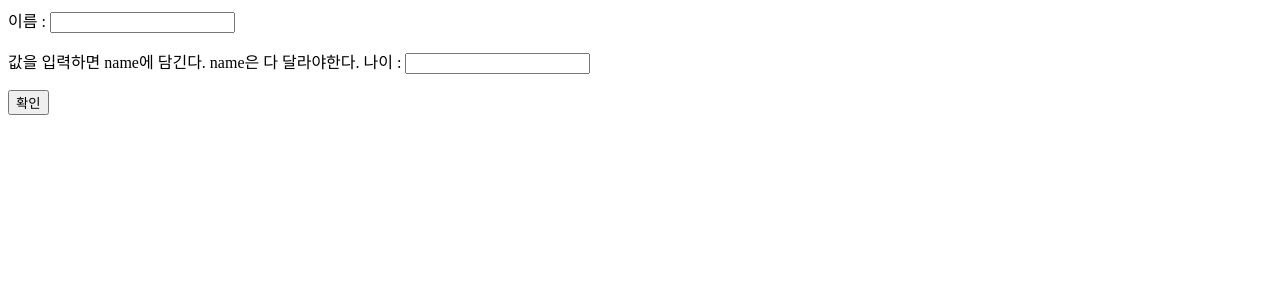
Repository: gom0109/JSP_DK
Page: http://localhost/01_Basic/02_request/Ex01_form.jsp
An editor plug-in stored every save of this project. The page is shown before and after the next save, followed by the edit.
The browser window is 1280 px wide. The pictures show the whole page.
The page is served by Tomcat 9.

Above is the page before, as saved 2021-01-19 01:27:21.

### 01_Basic/WebContent/02_request/Ex01_form.jsp
<%@ page language="java" contentType="text/html; charset=UTF-8"
    pageEncoding="UTF-8"%>

    <form method="post" action="Ex02_result.jsp">
    	이름 : <input type="text" name="name" id="irum"> <p>
    	값을 입력하면 name에 담긴다. name은 다 달라야한다.
    	나이 : <input type="text" name="age" id="nai"> <p>

    	<input type="submit" value="확인">
    </form>

After the next save:
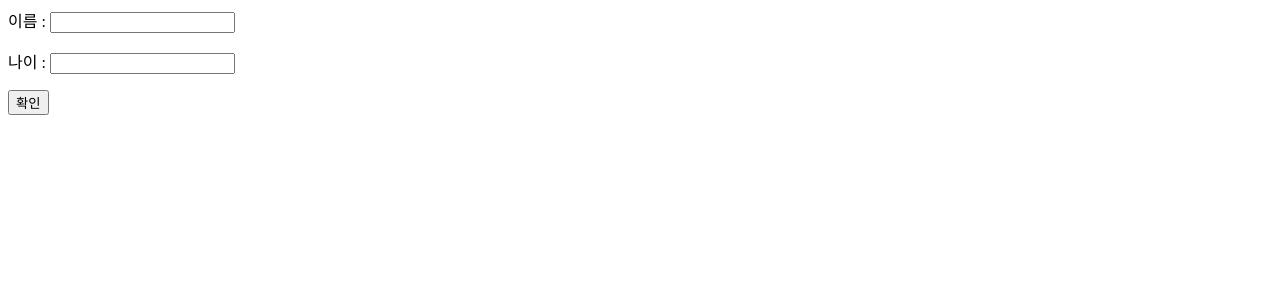
Saved 34 s later.
--- a/01_Basic/WebContent/02_request/Ex01_form.jsp
+++ b/01_Basic/WebContent/02_request/Ex01_form.jsp
@@ -3,7 +3,7 @@
 
     <form method="post" action="Ex02_result.jsp">
     	이름 : <input type="text" name="name" id="irum"> <p>
-    	값을 입력하면 name에 담긴다. name은 다 달라야한다.
+    	<!-- 값을 입력하면 name에 담긴다. name은 다 달라야한다. -->
     	나이 : <input type="text" name="age" id="nai"> <p>
 
     	<input type="submit" value="확인">
